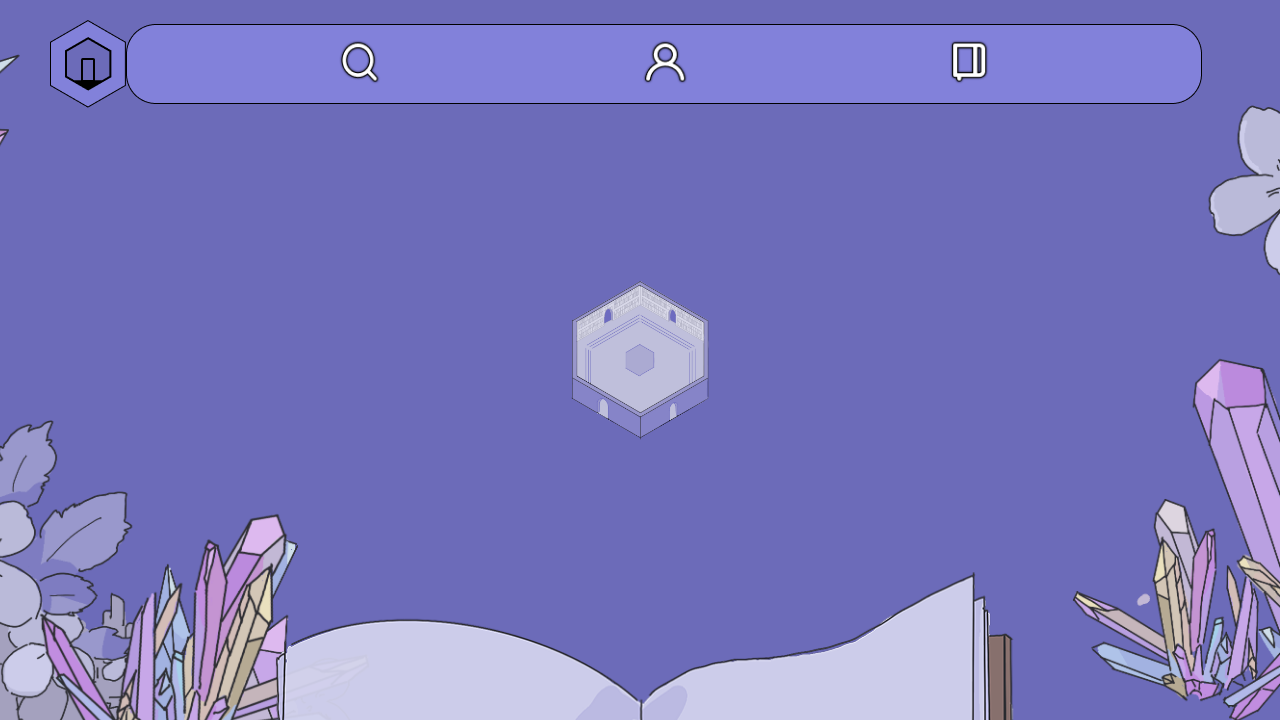
Repository: carolmmc/BabelLibrary
Page: find.html
These files come from the project's save history. The page is drawn as it stood at one moment and after the next save; the edit follows.
The browser window is 1280 px wide. The pictures show the whole page.

Above is the page before, as saved 2025-05-09 23:12:15.

### find.html
<!DOCTYPE html>
<html lang="zh-CN">
<head>
  <meta charset="UTF-8">
  <meta name="viewport" content="width=device-width, initial-scale=1.0">
  <title>Find</title>
  <style>
    *{margin:0;padding:0;box-sizing:border-box;}
    body{
      background:#6C6BB9;
      min-height:100vh;
      font-family:'PingFang SC','Microsoft YaHei',sans-serif;
      overflow-x:hidden;
    }

    /* ---------- 头部导航 ---------- */
    .header{
      display:flex;
      justify-content:space-between;
      align-items:center;
      padding:20px 50px;
      position:fixed;
      top:0;left:0;right:0;
      z-index:100;
    }
    .logo{width:75.892px;height:87.633px;object-fit:contain;}

    .nav-container{position:relative;width:1076px;height:80px;}
    .nav-icons{
      position:absolute;top:50%;left:50%;
      transform:translate(-50%,-50%);
      display:flex;justify-content:space-between;
      width:60%;z-index:2;
    }
    .nav-icon{
      flex-shrink:0;
      cursor:pointer;
      filter:drop-shadow(0 0 1px #000);
      transition:transform .3s ease;
    }
    .nav-icon:hover{transform:scale(1.1);}
    .find-icon{width:37px;height:39px;}
    .mine-icon{width:40px;height:39px;}
    .shelf-icon{width:34px;height:39px;}

    /* ---------- 六边形交互 ---------- */
    .content-center{
      position:absolute;top:50%;left:50%;
      transform:translate(-50%,-50%);
      width:100%;
      display:flex;justify-content:center;align-items:center;
      pointer-events:none;   /* 允许下方 hex-container 获得点击 */
    }
    .hex-container{
      position:relative;
      width:600px;height:600px;
      pointer-events:auto;   /* 开启点击 */
    }

    .hexagon{
      position:absolute;
      transform:translate(-50%,-50%);
      cursor:pointer;
      transition:transform .3s ease;
    }
    .hexagon:hover{transform:translate(-50%,-50%) scale(1.08);}

    .layer1{
      width:440px;          /* 只固定宽度 */
      height:auto;          /* 高度自适应以保持原图比例 */
      left:50%;
      top:50%;
    }
    .layer2{
      width:120px;          /* 只固定宽度 */
      height:auto;          /* 高度自适应以保持原图比例 */
    }
    .layer3{width:70px;height:70px;}

    /* 第二层 6 个位置 */
    .pos-0{left:50%;top:10%;}
    .pos-1{left:80%;top:30%;}
    .pos-2{left:80%;top:70%;}
    .pos-3{left:50%;top:90%;}
    .pos-4{left:20%;top:70%;}
    .pos-5{left:20%;top:30%;}

    /* 第三层 6 个位置（稍微再外一圈） */
    .layer3.pos-0{left:50%;top:5%;}
    .layer3.pos-1{left:90%;top:20%;}
    .layer3.pos-2{left:90%;top:80%;}
    .layer3.pos-3{left:50%;top:95%;}
    .layer3.pos-4{left:10%;top:80%;}
    .layer3.pos-5{left:10%;top:20%;}

    .hidden{display:none;}

    /* ---------- 底部装饰 ---------- */
    .bottom-decoration{
      position:fixed;bottom:0;left:50%;
      transform:translateX(-50%);
      width:1526px;height:859px;
      background:url('homepage frame1.png') bottom center no-repeat;
      background-size:contain;
      z-index:1;
      animation:breath-animation 4s ease-in-out infinite;
      pointer-events:none;   /* 不抢点击 */
    }
    .decoration-frame2{
      position:fixed;bottom:0;left:50%;
      transform:translateX(-50%);
      width:775px;height:155px;
      background:url('homepageframe2.png') center no-repeat;
      background-size:contain;
      z-index:2;
      animation:breath-animation 4s ease-in-out infinite;
      pointer-events:none;
    }

    @keyframes breath-animation{
      0%,100%{opacity:.9;transform:translateX(-50%) scale(1);}
      50%{opacity:1;transform:translateX(-50%) scale(1.02);}
    }
  </style>
</head>
<body>
  <header class="header">
    <img src="logo.png" alt="巴别插画 Logo" class="logo">
    <div class="nav-container">
      <img src="navigate background.png" alt="导航栏" class="nav-background">
      <div class="nav-icons">
        <a href="find.html"><img src="find.png" alt="搜索" class="nav-icon find-icon"></a>
        <a href="mine.html"><img src="mine.png" alt="我的" class="nav-icon mine-icon"></a>
        <a href="shelf.html"><img src="shelf.png" alt="书架" class="nav-icon shelf-icon"></a>
      </div>
    </div>
    <div style="width:150px;"></div>
  </header>

  <!-- 六边形层级 -->
  <div class="content-center">
    <div class="hex-container">
      <!-- 第一层 -->
      <img src="find1.png" id="layer1Hex" class="hexagon layer1" alt="第一层六边形">
      <!-- 第二层 -->
      <div id="layer2Group" class="hidden">
        <img src="find2.png" class="hexagon layer2 pos-0" alt="">
        <img src="find2.png" class="hexagon layer2 pos-1" alt="">
        <img src="find2.png" class="hexagon layer2 pos-2" alt="">
        <img src="find2.png" class="hexagon layer2 pos-3" alt="">
        <img src="find2.png" class="hexagon layer2 pos-4" alt="">
        <img src="find2.png" class="hexagon layer2 pos-5" alt="">
      </div>
      <!-- 第三层 -->
      <div id="layer3Group" class="hidden">
        <img src="find3.png" class="hexagon layer3 pos-0" alt="">
        <img src="find3.png" class="hexagon layer3 pos-1" alt="">
        <img src="find3.png" class="hexagon layer3 pos-2" alt="">
        <img src="find3.png" class="hexagon layer3 pos-3" alt="">
        <img src="find3.png" class="hexagon layer3 pos-4" alt="">
        <img src="find3.png" class="hexagon layer3 pos-5" alt="">
      </div>
    </div>
  </div>

  <div class="bottom-decoration"></div>
  <div class="decoration-frame2"></div>

  <script>
    const layer1 = document.getElementById('layer1Hex');
    const layer2Group = document.getElementById('layer2Group');
    const layer3Group = document.getElementById('layer3Group');

    // 第一层 -> 第二层
    layer1.addEventListener('click', () => {
      layer1.style.display = 'none';
      layer2Group.classList.remove('hidden');
    });

    // 第二层 -> 第三层
    layer2Group.querySelectorAll('img').forEach(hex => {
      hex.addEventListener('click', () => {
        layer2Group.classList.add('hidden');
        layer3Group.classList.remove('hidden');
      });
    });

    // 第三层 -> 跳转 answer.html
    layer3Group.querySelectorAll('img').forEach(hex => {
      hex.addEventListener('click', () => {
        window.location.href = 'answer.html';
      });
    });
  </script>
</body>
</html>

After the next save:
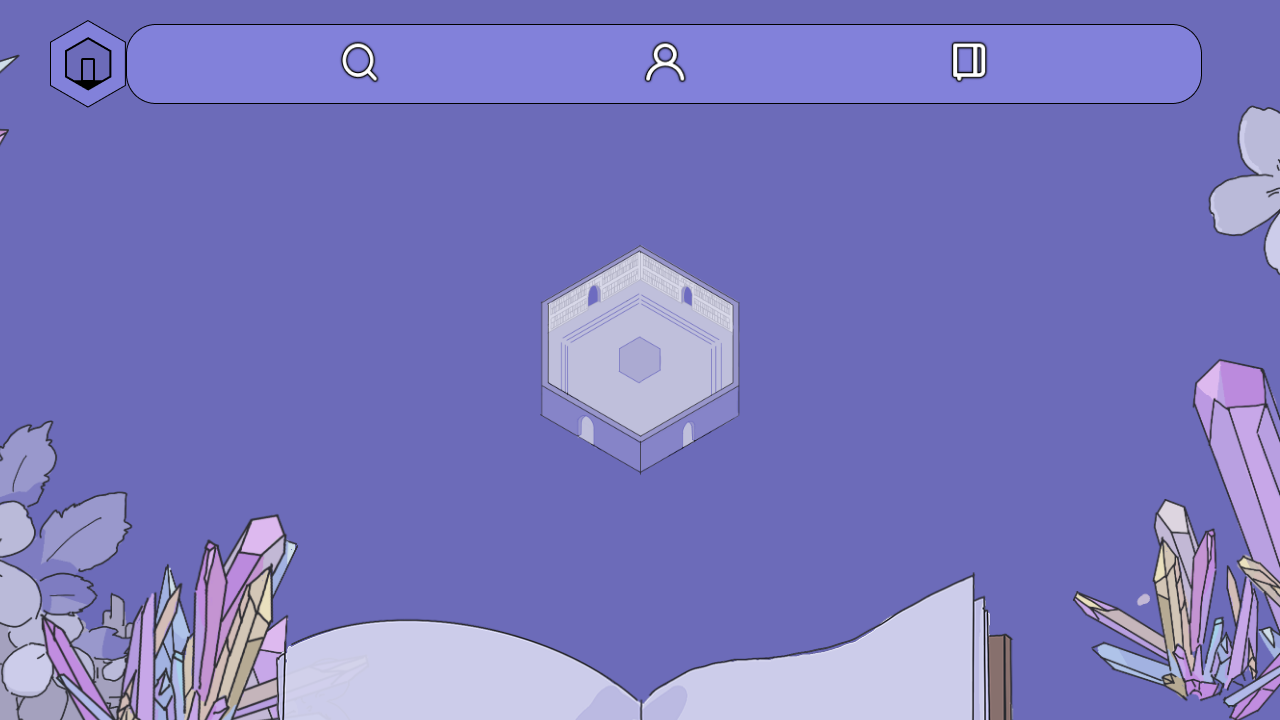
Saved 13 s later.
--- a/find.html
+++ b/find.html
@@ -66,7 +66,7 @@
     .hexagon:hover{transform:translate(-50%,-50%) scale(1.08);}
 
     .layer1{
-      width:440px;          /* 只固定宽度 */
+      width:640px;          /* 只固定宽度 */
       height:auto;          /* 高度自适应以保持原图比例 */
       left:50%;
       top:50%;
